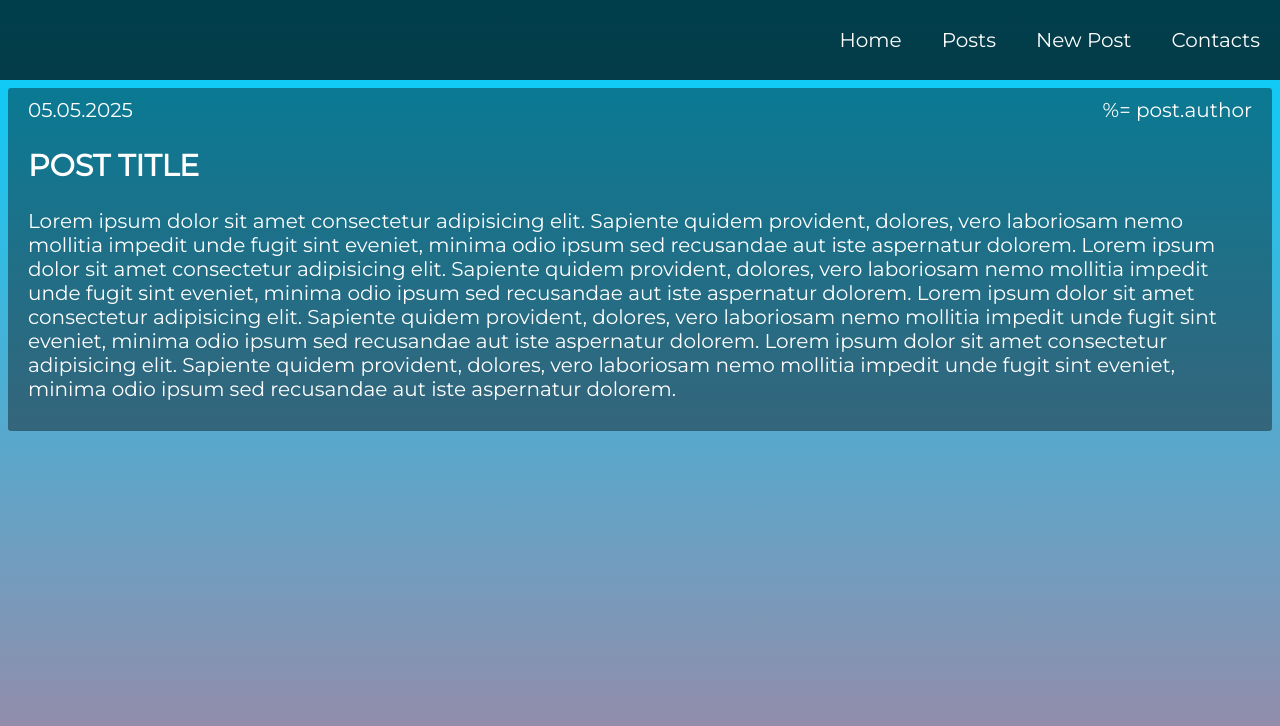
Repository: EgorSherstnev/https---github.com-EgorSherstnev-Node_FirstProject
Page: http://localhost/posts/1
An editor plug-in stored every save of this project. The page is shown before and after the next save, followed by the edit.
The browser window is 1280 px wide. The pictures show the whole page.
The page is served by the project's Node server (server.js).

Above is the page before, as saved 2023-03-13 21:12:23.

After the next save:
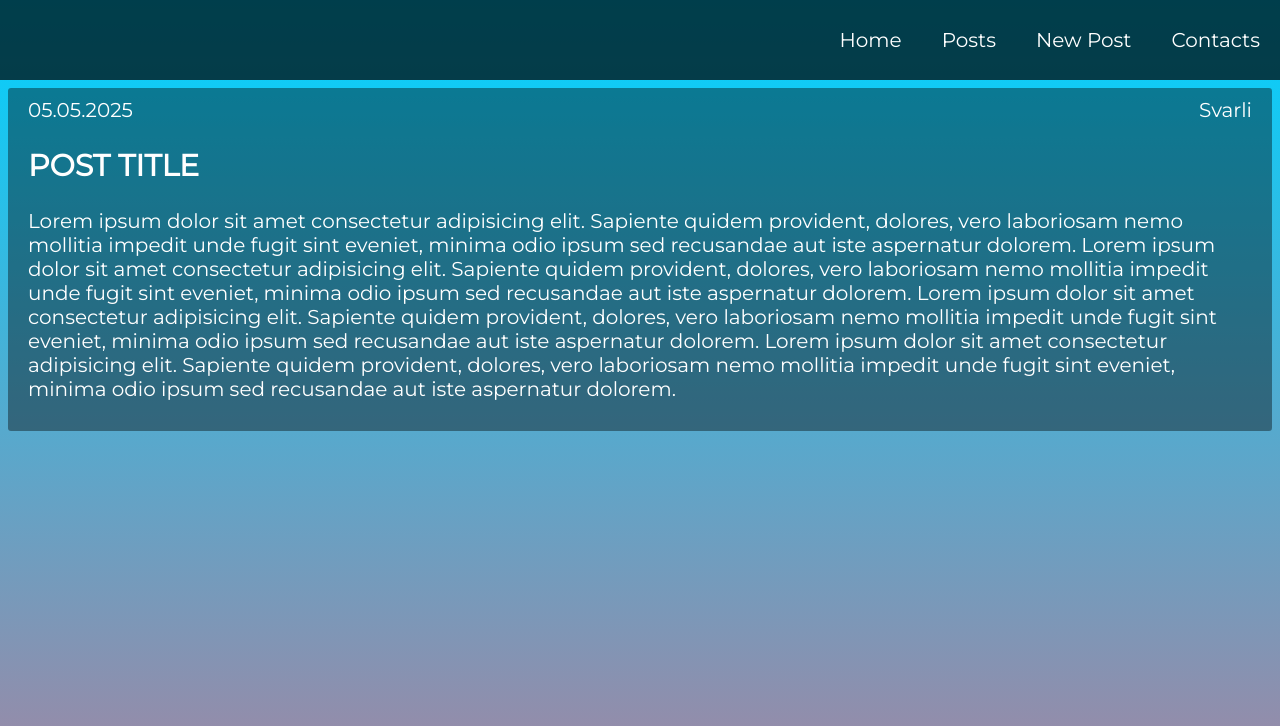
Saved 7 s later.
--- a/ejs-views/post.ejs
+++ b/ejs-views/post.ejs
@@ -6,7 +6,7 @@
   <article>
     <div class="info">
       <span><%= post.date %></span>
-      <span>%= post.author %></span>
+      <span><%= post.author %></span>
     </div>
     <h1>Post title</h1>
     <p>
